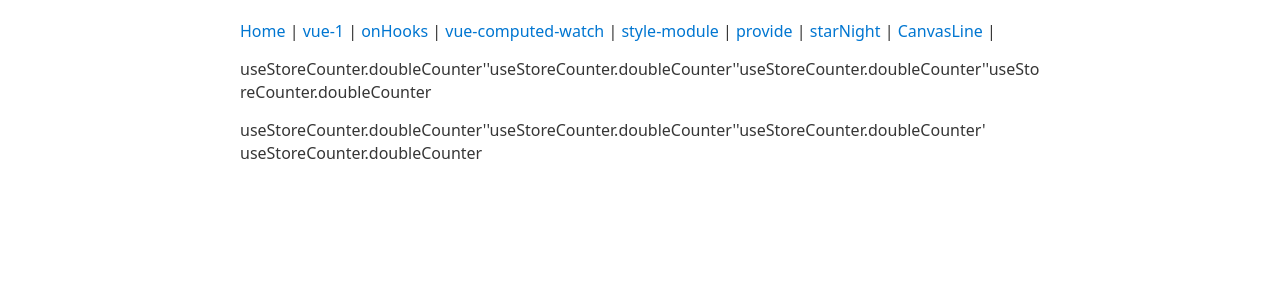
Repository: 596178924/vue3-ts-html
Page: /
The author's editor kept a copy of each file at every save. The page is drawn from the files as they stood at one save, then again after the next save.
The browser window is 1280 px wide. The pictures show the whole page.
The project was rebuilt for these pictures with package versions that can differ from the ones it lists, and the page was loaded fresh each time. Also part of the build but not shown: vue.config.js.

Above is the page before, as saved 2022-02-15 16:36:09.

### public/index.html
<!DOCTYPE html>
<html lang="">
  <head>
    <meta charset="utf-8">
    <meta http-equiv="X-UA-Compatible" content="IE=edge">
    <meta name="viewport" content="width=device-width,initial-scale=1.0">
	<link rel="stylesheet" href="https://cdn.jsdelivr.net/npm/water.css@2/out/water.css">
    <link rel="icon" href="<%= BASE_URL %>favicon.ico">
    <title><%= htmlWebpackPlugin.options.title %></title>
  </head>
  <body>
    <noscript>
      <strong>We're sorry but <%= htmlWebpackPlugin.options.title %> doesn't work properly without JavaScript enabled. Please enable it to continue.</strong>
    </noscript>
    <div id="app"></div>
    <!-- built files will be auto injected -->
  </body>
</html>

### src/main.ts
import { createApp } from 'vue';
import App from './App.vue';
import router from './router';
import { createPinia } from 'pinia'
const app = createApp(App);
app.use(createPinia());
app.use(router);
app.mount('#app');

### src/App.vue
<template>
  <div id="nav">
    <router-link to="/">Home</router-link> |
    <router-link to="/vue-1">vue-1</router-link> |
    <router-link to="/onHooks">onHooks</router-link> |
    <router-link to="/vue-computed-watch">vue-computed-watch</router-link> |
    <router-link to="/style-module">style-module</router-link> |
    <router-link to="/provide">provide</router-link> |
    <router-link to="/starNight">starNight</router-link> |
    <router-link to="/CanvasLine">CanvasLine</router-link> |

  </div>
  <router-view/>
</template>

<style lang="scss">

</style>

### src/router/index.ts
import { createRouter, createWebHashHistory, RouteRecordRaw } from 'vue-router';

const routes: Array<RouteRecordRaw> = [
	{
		path: '/',
		name: 'Home',
		component: () => import('@/views/Home.vue')
	},
	{
		path: '/vue-1',
		name: 'vue-1',
		component: () => import('@/views/vue-1.vue')
	},
	{
		path: '/onHooks',
		name: 'onHooks',
		component: () => import('@/views/onHooks.vue')
	},
	{
		path: '/vue-computed-watch',
		name: 'vue-computed-watch',
		component: () => import('@/views/vue-computed-watch.vue')
	},
	{
		path: '/style-module',
		name: 'style-module',
		component: () => import('@/views/style-module.vue')
	},
	{
		path: '/provide',
		name: 'provide',
		component: () => import('@/views/provide.vue')
	},
	{
		path: '/starNight',
		name: 'starNight',
		component: () => import('@/views/starNight.vue')
	},
	{
		path: '/CanvasLine',
		name: 'CanvasLine',
		component: () => import('@/views/CanvasLine.vue')
	},

];

const router = createRouter({
	history: createWebHashHistory(),
	routes
});

export default router;

### src/views/Home.vue
<template>
	<div class="home">
		<p
			class="red"
		>useStoreCounter.doubleCounter''useStoreCounter.doubleCounter''useStoreCounter.doubleCounter''useStoreCounter.doubleCounter</p>
		<p class="red">
			useStoreCounter.doubleCounter''useStoreCounter.doubleCounter''useStoreCounter.doubleCounter'
			<span>useStoreCounter.doubleCounter</span>
		</p>
	</div>
</template>

<script setup lang="ts" >
</script>
<style lang="scss" scoped>
.red {
	// color: #ff0000;
	// &::selection {
	// 	color: gold;
	// 	background-color: #0011ff;
	// }
	// &::first-line {
	// 	background-color: #2bff00;
	// }
	// &::first-letter {
	// 	background-color: #9196d1;
	// }
	// &::cue(span) {
	// 	color: #fff;
	// 	background-color: rgba(0, 0, 0, 1);
	// }
}
</style>

After the next save:
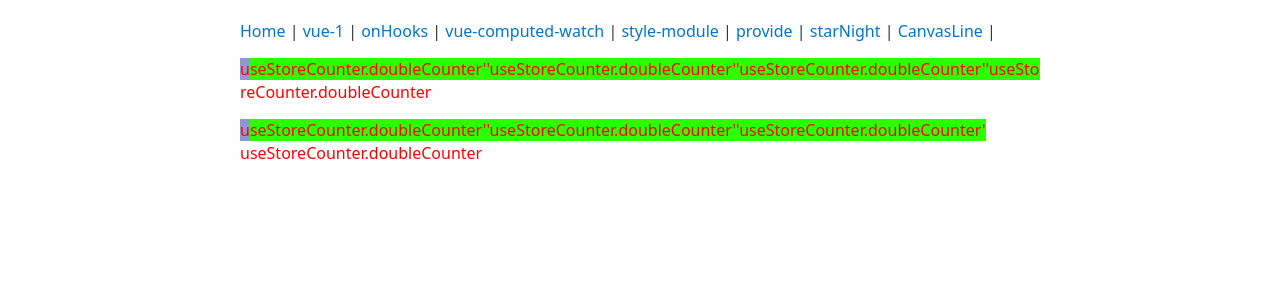
Saved 5 s later.
--- a/src/views/Home.vue
+++ b/src/views/Home.vue
@@ -14,20 +14,20 @@
 </script>
 <style lang="scss" scoped>
 .red {
-	// color: #ff0000;
-	// &::selection {
-	// 	color: gold;
-	// 	background-color: #0011ff;
-	// }
-	// &::first-line {
-	// 	background-color: #2bff00;
-	// }
-	// &::first-letter {
-	// 	background-color: #9196d1;
-	// }
-	// &::cue(span) {
-	// 	color: #fff;
-	// 	background-color: rgba(0, 0, 0, 1);
-	// }
+	color: #ff0000;
+	&::selection {
+		color: gold;
+		background-color: #0011ff;
+	}
+	&::first-line {
+		background-color: #2bff00;
+	}
+	&::first-letter {
+		background-color: #9196d1;
+	}
+	&::cue(span) {
+		color: #fff;
+		background-color: rgba(0, 0, 0, 1);
+	}
 }
 </style>
